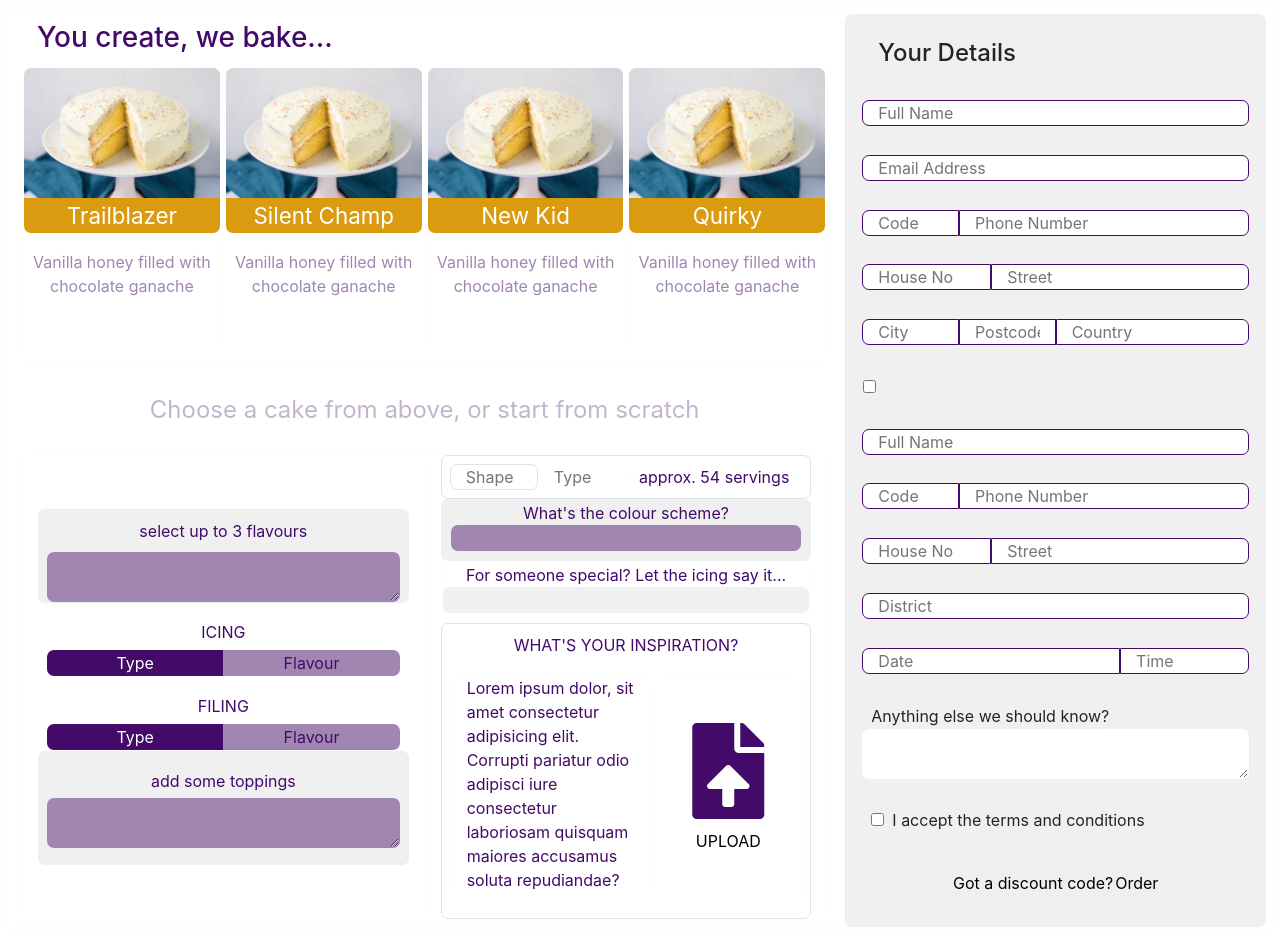
Repository: I-Alpha/BakeryOrderForm
Page: Order-Page.html
These files come from the project's save history. The page is drawn as it stood at one moment and after a run of saves; the edit follows.
The browser window is 1280 px wide. The pictures show the whole page.

Above is the page before, as saved 2020-12-29 04:51:09.

### Order-Page.html
<!DOCTYPE html>
<html lang="en">

<head>
    <meta charset="UTF-8">
    <meta name="viewport" content="width=device-width, initial-scale=1.0">
    <link rel="stylesheet" href="https://use.fontawesome.com/releases/v5.7.0/css/all.css"
        integrity="sha384-lZN37f5QGtY3VHgisS14W3ExzMWZxybE1SJSEsQp9S+oqd12jhcu+A56Ebc1zFSJ" crossorigin="anonymous">
    <link href="https://stackpath.bootstrapcdn.com/bootstrap/4.5.2/css/bootstrap.min.css" rel="stylesheet">
    <script src="https://ajax.googleapis.com/ajax/libs/jquery/3.5.1/jquery.min.js"></script>
    <script src="https://stackpath.bootstrapcdn.com/bootstrap/4.5.2/js/bootstrap.bundle.min.js"></script>
    <title>Document</title>
    <style>
        :root {
            --primary-font: 1.6rem;
            --cake-font-size: 1.4rem;
            --secondary-font: 1rem;
            --primary-colour: #430a69ff;
            --secondary-colour: #a186b1ff;
            --text-faded: #c3b5ce;
            --background-faded: rgb(240, 240, 240);
        }

        * {
            border: 1px solid rgba(0, 0, 0, 0.002);
            border-radius: 7px;
            box-sizing: border-box;
            margin: 0;
            padding: 0;
        }

        html {
            font-size: 1rem;
        }

        html,
        body,
        .container-fluid {
            width: 100%;
            background-color: white;
        }


        #sec2-label {
            color: var(--text-faded);
            font-size: 1.5rem;

        }

        .purple_font {
            color: #430a69ff;
        }

        .light_purple_font {
            color: #a186b1ff;
        }

        .light_purple_background {
            background-color: #a186b1ff;
        }


        .purple_background {
            background-color: #430a69ff;
        }

        .textfaded {
            color: var(--text-faded);
        }

        .background_faded {
            background-color: var(--background-faded);
        }

        .buttergold {
            background-color: #da9b0eff
        }

        .input-group {}

        .pull-up {
            top: -50%;
        }

        .split-row-1 {
            height: 100%;
        }

        .split-row-2 {
            height: 50%;
        }

        #main_col_1 * {}

        #main_col_1 {}

        #main_col_2 * {}

        #main_col_2 {
            background-color: rgb(240, 240, 240);
            height: auto;
            justify-content: center;
            padding: 5px 5px;
        }

        #main_col_2 div.input-group {
            padding-top: 5px;
            padding-bottom: 5px;
        }

        #main_col_2 input {
            border: 1px solid var(--primary-colour);
        }


        #main_col_1 .input-group,
        #main_col_2 .input-group {}

        .col-8,
        .col-4 {}

        #deliveryBtn.active{
            background-color: var(--primary-colour);
            color: var(--primary-colour);
        }
        #collectionBtn.active{
            background-color: var(--primary-colour);
            color: var(--primary-colour);
        }

        #collectionBtn,
        #deliveryBtn {
            border-radius: 30px;
            border: 1px solid var(--primary-colour);
            display: inline-block;

        }

        #collectionBtn{
        }
        #deliveryBtn {}


        #deliveryBtn {
            background-color: white;
        }

        #collectionBtn {
            background-color: white;
            border: 1px solid var(--primary-colour);
        }



        #cake-image-container p:nth-child(2) {
            background-color: #da9b10;
            color: white;
            border-top-left-radius: 0;
            border-top-right-radius: 0;
        }

        #cake-image-container {
            padding: 0;
            margin: 0;
        }

        div#cake-image-container p:nth-child(3) {
            color: var(--secondary-colour);
        }

        #cake-image-container>div {
            font-size: var(--secondary-font);
            border-radius: 15px 15px 15px 15px;
            min-height: 100px;
            min-width: 140px;
        }

        .left-curve {
            border-top-right-radius: 0;
            border-bottom-right-radius: 0;
        }

        .right-curve {
            border-top-left-radius: 0;
            border-bottom-left-radius: 0;
        }

        #cake-image-container div * {}

        #cake-image-container div img {
            border-bottom-left-radius: 0;
            border-bottom-right-radius: 0;
            min-height: 120px;
        }

        #cake-image-container p {
            display: flex;
            text-align: center;
            justify-content: center;
            align-items: center;
        }

        p {}

        div.h3 {
            text-align: center;
        }

        .input-group {
            display: flex;
        }

        .switch6 {  max-width: 17em;  margin: 0 auto; }
        .switch6-light > span, .switch-toggle > span {  color: #000000; }
        .switch6-light span span, .switch6-light label, .switch-toggle span span, .switch-toggle label {  color: #2b2b2b; }

        .switch-toggle a,
        .switch6-light span span { display: none; }

        .switch6-light { display: block; height: 30px; position: relative; overflow: visible; padding: 0px; margin-left:0px; }
        .switch6-light * { box-sizing: border-box; }
        .switch6-light a { display: block; transition: all 0.3s ease-out 0s; }

        .switch6-light label,
        .switch6-light > span { line-height: 30px; vertical-align: middle;}

        .switch6-light label {font-weight: 700; margin-bottom: px; max-width: 100%;}

        .switch6-light input:focus ~ a, .switch6-light input:focus + label { outline: 1px dotted rgb(136, 136, 136); }
        .switch6-light input { position: absolute; opacity: 0; z-index: 5; }
        .switch6-light input:checked ~ a { right: 0%; }
        .switch6-light > span { position: absolute; left: -100px; width: 100%; margin: 0px; padding-right: 100px; text-align: left; }
        .switch6-light > span span { position: absolute; top: 0px; left: 0px; z-index: 5; display: block; width: 50%; margin-left: 100px; text-align: center; }
        .switch6-light > span span:last-child { left: 50%; }
        .switch6-light a { position: absolute; right: 50%; top: 0px; z-index: 4; display: block; width: 50%; height: 100%; padding: 0px; }

        /* Extra small devices (portrait phones, less than 576px)
         No media query since this is the default in Bootstrap */

        /* Small devices (landscape phones, 576px and up) */
        @media (min-width: 576px) {
            html {}

            #main_col_1 {
                justify-content: space-around;
                align-items: space-around;
                padding: 15px;
            }

            #main_col_2 {
                padding: 15px;
                max-width: 89%;
            }

            div.h3 {
                width: 100%;
                text-align: start;
            }


            #cake-image-container>div {
                width: 150px;
                font-size: var(--secondary-font);
                border-radius: 15px 15px 15px 15px;
                min-height: 300px;
                padding: 20px 15px 10px 15px;

            }
        }

        /* Medium devices (tablets, 768px and up) */
        @media (min-width: 768px) {

            #main_col_1 {
                min-height: 100vh;
                justify-content: center;
                align-items: center;
            }

            html {}

            body {
                align-items: center;
                justify-content: center;
                padding: 10px 10px 0 0px;
            }

            #cake-image-container p:nth-child(2) {
                background-color: #da9b10;
                font-size: var(--cake-font-size);
                color: white;
                border-top-left-radius: 0;
                border-top-right-radius: 0;
            }

            div.h3 {
                text-align: none;
                margin-top: 1px;
                padding-top: 0px;
            }
        }

        /* Large devices (desktops, 992px and up) */
        @media (min-width: 992px) {
            #cake-image-container>div {
                min-width: 140px;
                padding: 2px;
            }

        #collectionBtn,
        #deliveryBtn {
            border-radius: 30px;
            border: 1px solid var(--primary-colour);
            display: inline-block;
            height:2rem;
            padding-top: 0;
            line-height: 1rem;
            padding-bottom: 3px;
          }

            #main_col_2{
                height:100%;
               align-items: space-around;
               justify-content: space-around;
            }
        }



        /* Extra large devices (large desktops, 1200px and up) */
        @media (min-width: 1200px) {}
    </style>
</head>

<body>
    <div class="container-fluid d-flex">
        <div class="row justify-content-center align-items-start">
            <div id="main_col_1"
                class=" d-flex flex-column col-12 col-sm-12 col-md-12 col-lg-8 purple_font py-1 justify-content-center align-items-center ">
                <div class="h3 w-100 px-3">You create, we bake...</div>
                <div id="cake-image-container"
                    class="row d-flex justify-content-between text-center container-fluid px-0">
                    <div class="d-flex flex-column col-6 col-sm-6 col-md-3 col-lg-3 ">
                        <img src="Assets\baked-yellow-cake.jpg" class="img-fluid" alt="Responsive image">
                        <p>Trailblazer</p>
                        <p>Vanilla honey filled with chocolate ganache</p>
                    </div>
                    <div class="d-flex flex-column col-6 col-sm-6 col-md-3 col-lg-3">
                        <img src="Assets\baked-yellow-cake.jpg" class="img-fluid" alt="Responsive image">
                        <p class="">Silent Champ</p>
                        <p>Vanilla honey filled with chocolate ganache</p>
                    </div>
                    <div class="d-flex flex-column col-6 col-sm-6 col-md-3 col-lg-3">
                        <img src="Assets\baked-yellow-cake.jpg" class="img-fluid" alt="Responsive image">
                        <p>New Kid</p>
                        <p>Vanilla honey filled with chocolate ganache</p>
                    </div>
                    <div class="d-flex flex-column col-6 col-sm-6 col-md-3 col-lg-3">
                        <img src="Assets\baked-yellow-cake.jpg" class="img-fluid" alt="Responsive image">
                        <p>Quirky</p>
                        <p>Vanilla honey filled with chocolate ganache</p>
                    </div>
                </div>
                <div class="col-12 col-sm-12 col-md-12 flex flex-column justify-content-center align-items-center"
                    style="justify-content:center;">
                    <div id="sec2-label" class="py-4 text-center">Choose a cake from above, or start from scratch</div>
                    <div class="row">
                        <div
                            class="col-12 col-sm-12 col-md-6 justify-content-center d-flex flex-column align-items-center">
                            <div class="row d-flex flex-column input-group background_faded px-2 ">
                                <p class="mb-2 mt-2 text-center">select up to 3 flavours</p>
                                <textarea class="w-100 light_purple_background"></textarea>
                            </div>
                            <p class="mb-1 mt-3">ICING</p>
                            <div class="row input-group px-2" style="justify-content:center;">
                                <input class="input col-6 w-100 purple_background text-center left-curve"
                                    style="color:white;" value="Type"><input
                                    class="input col-6 w-100 light_purple_background text-center right-curve"
                                    style="color:var(--primary-colour);" value="Flavour">
                            </div>
                            <p class="mb-1 mt-3">FILING</p>
                            <div class="row input-group px-2" style="justify-content:center;">
                                <input class="input col-6 w-100 purple_background text-center left-curve"
                                    style="color:white;" value="Type"><input
                                    class="input col-6 w-100 light_purple_background text-center right-curve"
                                    style="color:var(--primary-colour);" value="Flavour">
                            </div>
                            <div
                                class="row d-flex flex-column input-group background_faded align-items-center pb-3 px-2">
                                <p class="mb-1 mt-3">add some toppings</p>
                                <textarea class="w-100 light_purple_background"></textarea>
                            </div>
                        </div>
                        <div class="col d-flex flex-column justify-content-between align-items-around">
                            <div class="row-lg-1 input-group d-flex align-items-start justify-content-center border my-0 w-100 pt-2 px-2"
                                style="height:auto" >
                                <input class="input w-100 border col-3" placeholder="Shape">
                                <input class="input w-100 col-3 " placeholder="Type">
                                <label
                                    class="col-6 p-0 text-center d-flex w-100 justify-content-center align-items-center">approx.
                                    54 servings</label>
                            </div>
                            <div class="input-group justify-content-center row-lg-3 background_faded px-2">
                                <label class="text-center w-100"> What's the colour scheme?
                                    <input class="input w-100 light_purple_background">
                                </label>
                            </div>
                            <div class="input-group w-100 justify-content-center align-items-around row-lg-3">
                                <label class="text-center w-100 ">For someone special? Let the icing say it...
                                    <input class="input w-100 background_faded">
                                </label>
                            </div>
                            <div class="input-group row-lg-5 d-flex flex-column align-items-center border py-2 px-2">
                                <p class="row-lg-1 ">WHAT'S YOUR INSPIRATION?</p>
                                <div class="row-lg-11 input-group d-flex">
                                    <p class="col-7">Lorem ipsum dolor, sit amet consectetur adipisicing elit.
                                        Corrupti pariatur odio adipisci iure consectetur laboriosam quisquam maiores
                                        accusamus soluta repudiandae?</p>
                                    <label class="col-5 d-flex justify-content-center flex-column align-items-center">
                                        <i class="row fas fa-file-upload" style="font-size: 6rem;"></i>
                                        <button style="background:white" class="row mt-2">UPLOAD</button>
                                    </label>
                                </div>
                            </div>
                        </div>
                    </div>
                </div>
            </div>
            <div id="main_col_2"
                class="col-12 col-sm-12 col-md-12 col-lg-4 d-flex flex-column align-items-center justify-content-around">
                <div class="h4 w-100 px-3">Your Details</div>
                <div class="input-group">
                    <input class="col " placeholder="Full Name">
                </div>
                <div class="input-group">
                    <input class="col" placeholder="Email Address">
                </div>
                <div class="input-group">
                    <input class="col-3 left-curve" placeholder="Code"><input class="col-9 right-curve"
                        placeholder="Phone Number">
                </div>
                <div class="input-group">
                    <input class="col-4 left-curve" placeholder="House No"><input class="col-8 right-curve"
                        placeholder="Street">
                </div>
                <div class="input-group">
                    <input class="col-3 left-curve" placeholder="City">
                    <input class="col-3" style="border-radius: 0%;" placeholder="Postcode">
                    <input class="col-6 right-curve" placeholder="Country">
                </div>
                <div class="input-group">
                    <span class="switcher switcher-1">
                        <input type="checkbox" id="switcher-1">
                        <label for="switcher-1"></label>
                    </span>
                </div>
                <div class="input-group">
                    <input class="col" placeholder="Full Name">
                </div>
                <div class="input-group">
                    <input class="col-3 left-curve" placeholder="Code"><input class="col-9 right-curve"
                        placeholder="Phone Number">
                </div>
                <div class="input-group">
                    <input class="col-4 left-curve" placeholder="House No"><input class="col-8 right-curve"
                        placeholder="Street">
                </div>
                <div class="input-group">
                    <input class="col" placeholder="District">
                </div>
                <div class="input-group">
                    <input class="col-8 left-curve" placeholder="Date"><input class="col-4 right-curve"
                        placeholder="Time">
                </div>
                <div class="input-group">
                    <p class=" mb-0 pl-2">Anything else we should know?</p>
                    <textarea class="input-fluid   w-100 "></textarea>
                </div>
                <div class="input-group">
                    <label for="tc_Check">
                        <input id="tc_Check" type="checkbox" class="input mx-2">I accept the terms and conditions
                    </label>
                </div>
                <div class="row input-group justify-content-center ">
                    <button>Got a discount code?</button>
                    <button>Order</button>
                </div>
            </div>
        </div>
    </div>
    <script>

$('.btn-toggle').click(function() {

    $(this).find('.btn').toggleClass('active');

    if ($(this).find('.btn-primary').size()>0) {
        $(this).find('.btn').toggleClass('btn-primary');
    }
    if ($(this).find('.btn-default').size()>0) {
    	$(this).find('.btn').toggleClass('btn-default');
    }
    if ($(this).find('.btn-success').size()>0) {
    	$(this).find('.btn').toggleClass('btn-success');
    }
    if ($(this).find('.btn-info').size()>0) {
        $(this).find('.btn').toggleClass('btn-info');
    }
    $(this).find('.btn').toggleClass('btn-default');

});
    </script>
</body>

</html>

After the next 3 saves:
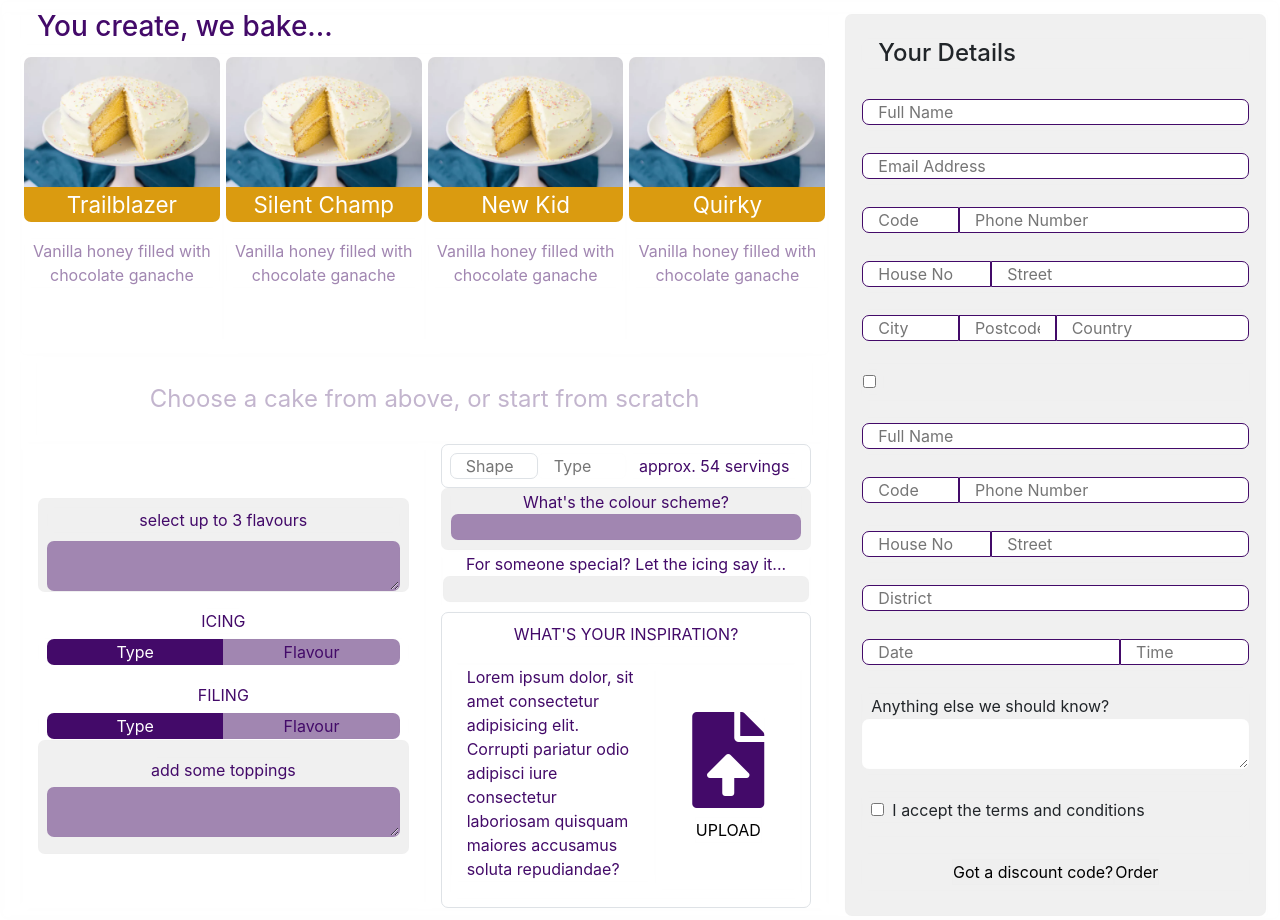
The 3 saves are shown as one change because they came seconds apart.
The last was saved 13 s later.
--- a/Order-Page.html
+++ b/Order-Page.html
@@ -295,7 +295,7 @@
 
             div.h3 {
                 text-align: none;
-                margin-top: 1px;
+                margin-top: -10px;
                 padding-top: 0px;
             }
         }
